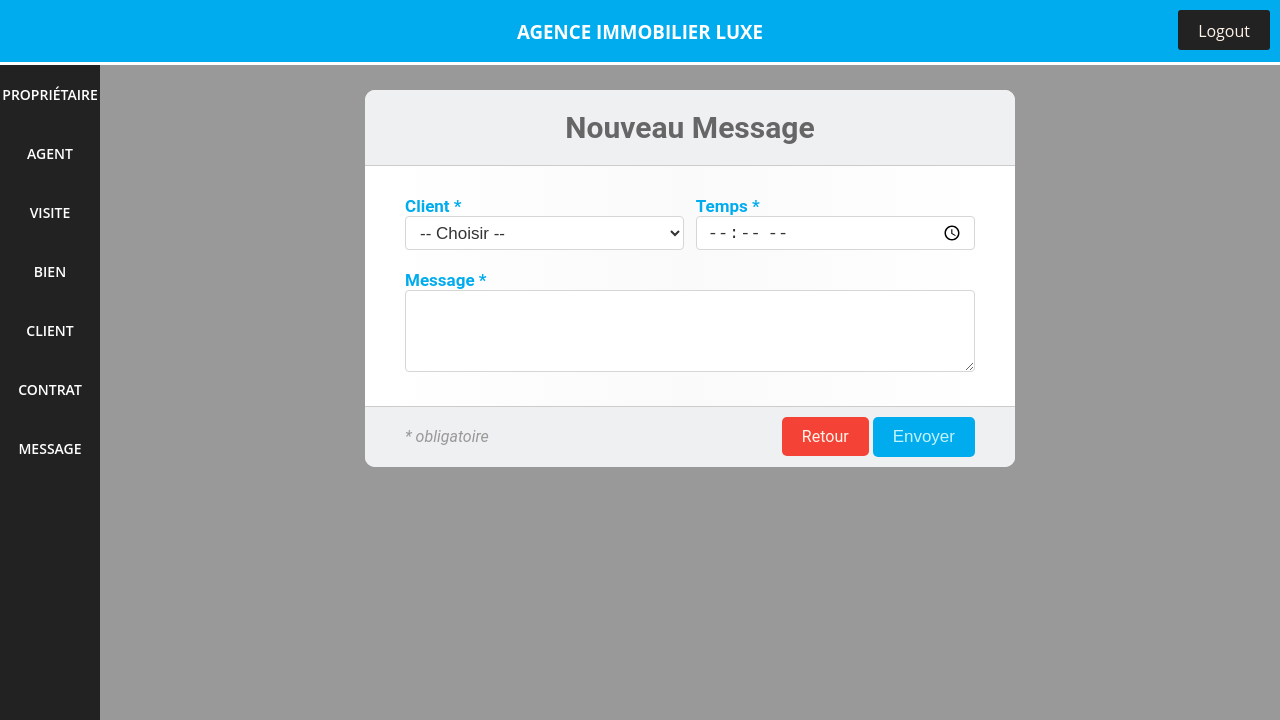
Repository: hassen-mnejja/Real_Estate_Agency_Website
Page: http://localhost/backoffice/WEB-INF/messageecrire.jsp
The author's editor kept a copy of each file at every save. The page is drawn from the files as they stood at one save, then again after the next save.
The browser window is 1280 px wide. The pictures show the whole page.
Some icons come from a web library that is not loaded, so they are not drawn. The page is served by Tomcat 9. Nobody is signed in. Other server files are loaded and not shown. The template is opened directly, without the code that normally fills it, so the values that code supplies are empty.

Above is the page before, as saved 2020-06-24 09:43:29.

### backoffice/WebContent/WEB-INF/messageecrire.jsp
<%@ page language="java" contentType="text/html; charset=UTF-8" pageEncoding="UTF-8"%>
<%@ taglib uri="http://java.sun.com/jsp/jstl/core" prefix="c"%>
<!DOCTYPE html>
<html>
<head>
<script src="../JS/1351.js"></script>
<title>Ecrire un message</title>
<link rel="stylesheet" href="../Style/MonStyle.css">
<link rel="icon" href="../Images/icon4.ico" />
<script src="../JS/jquery-3.4.1.js"></script>
<style>
.my-form {
	width: 650px;
}

a.log {
	position: fixed;
	float: left;
	background: #222;
	border-radius: 3px 3px 3px 3px;
	height: 20px;
	top: 10px;
	right: 10px;
}
</style>
</head>
<body>

	<!-- navbar -->
	<div id="nav-placeholder"></div>

	<!-- contenu -->
	<div id="contenu">
		<form class="my-form" action="ecriremessage" method="post">

			<!-- form header -->
			<div class="form-header">
				<h1>Nouveau Message</h1>
			</div>

			<!-- form body -->
			<div class="form-body">

				<!-- Nom et Prenom -->
				<div class="horizontal-group">
					<div class="form-group left">
						<label for="nom" class="label-title">Client *</label> <select id="idclient" name="idclient" class="form-input" required="required">
							<option disabled selected value="">-- Choisir --</option>
							<c:forEach var="client" items="${clients}">
								<option value="${client.idClient}">${client.idClient} : ${client.nom} ${client.prenom}</option>
							</c:forEach>
						</select>
					</div>
					<div class="form-group right">
						<label for="nom" class="label-title">Temps *</label> <input type="time" id="temps" class="form-input" name="temps" placeholder="Numero"  />
					</div>
				</div>

				<!-- Adresse -->
				<div class="form-group">
					<br> <label for="adress" class="label-title">Message *</label>
					<textarea class="form-input" name="adress" rows="4" cols="50" style="height: auto" required="required"></textarea>
				</div>
			</div>

			<!-- form-footer -->
			<div class="form-footer">
				<span>* obligatoire</span> <a href="home">Retour</a>
				<button type="submit" class="btn">Envoyer</button>
			</div>

		</form>

	</div>

	<!-- javascript -->
	<script>
		$(function() {
			$("#nav-placeholder").load("../navbar.html");
		});
	</script>
</body>
</html>

### backoffice/WebContent/Style/MonStyle.css
@charset "ISO-8859-1";
.aa:hover {
	background-color: rgba(0, 0, 0, 0);
	color: #4088a3;
}

.aa:link, .aa:visited {
	background-color: rgba(0, 0, 0, 0);
	color: #666;
	text-decoration: none;
	display: inline-block;
	border: none;
	padding: 0px 0px;
}

.nav {
	position: fixed;
	top: 60px;
	left: 0px;
	width: 100px;
	height: 100%;
	background: #222;
	z-index: 2;
}

.contenu {
	position: fixed;
	top: 60px;
	left: 100px;
	width: 100%;
	height: 100%;
	background: #999;
	z-index: 2;
}

.header {
	position: fixed;
	left: 0;
	right: 0;
	z-index: 1002;
	min-height: 60px;
	padding: 0 15px;
	background: #00acee;
	border-bottom: 3px solid white;
}

#contenu {
	position: fixed;
	top: 60px;
	left: 100px;
	width: calc(100% - 100px);
	height: 100%;
	background: #999;
	z-index: 1;
	margin-left: auto;
	margin-right: auto;
	transition: all 500ms linear;
	overflow-y: auto;
}

#contenu.active {
	left: 0px;
	width: 100%;
}

#nav {
	left: 0px;
	transition: all 500ms linear;
}

#nav.active {
	left: -100px;
}

.nav span {
	display: block;
	font-size: 14px;
	color: #fff;
	font-weight: 600;
	text-transform: uppercase;
	margin-top: 10px;
}

.fi {
	font-size: 25px;
	color: #eee;
}

.toggle {
	position: fixed;
	font-size: 25px;
	color: #222;
	top: 15px;
	left: 40px;
	cursor: pointer;
}

.nav .nav-item {
	position: relative;
	width: 100%;
	text-align: center;
}

.nav .main-item, .nav .sub-item {
	padding: 15px 0px;
	background: #222;
}

.nav .nav-item .sub-items {
	position: absolute;
	top: 0px;
	left: -300px;
	width: max-content;
	z-index: -1;
	transition: all 300ms ease-in-out;
}

.nav .sub-items .sub-item {
	float: left;
	width: 100px;
}

.nav .main-item:hover, .nav .sub-item:hover {
	background: #00acee;
	cursor: pointer;
}

.nav .nav-item:hover .sub-items {
	left: 102px;
}

#elements {
	font-family: "Trebuchet MS", Arial, Helvetica, sans-serif;
	border-collapse: collapse;
	width: 100%;
	border: 1px solid #d6d6d6;
	border-radius: 3px 3px 3px 3px;
}

#elements td, #elements th {
	border: 1px solid #ddd;
	padding: 8px;
}

#elements tr:nth-child(even) {
	background-color: white;
}

#elements tr:nth-child(odd) {
	background-color: #eff0f1;
}

#elements tr:hover {
	background-color: #ddd;
}

#elements th {
	padding-top: 12px;
	padding-bottom: 12px;
	text-align: left;
	background-color: white;
	color: gray;
}

@import url('https://fonts.googleapis.com/css?family=Roboto');

/*---------------------------------------*/
/* Register Form */
/*---------------------------------------*/
body {
	margin: 0px;
	font-family: "Open Sans", sans-serif;
}

a:link, a:visited {
	background-color: #f44336;
	color: #fff3e9;
	padding: 10px 20px;
	text-align: center;
	text-decoration: none;
	display: inline-block;
	border: none;
	border-radius: 5px;
}

a:hover, a:active {
	background-color: #fa3c39;
	color: white;
}

.my-form {
	font-family: "Roboto", sans-serif;
	background: linear-gradient(to right, #ffffff 0%, #fafafa 50%, #ffffff 99%);
	border-radius: 10px;
	margin: 30px auto;
	width: 650px;
}

/*---------------------------------------*/
/* Form Header */
/*---------------------------------------*/
.form-header {
	background-color: #EFF0F1;
	border-top-left-radius: 10px;
	border-top-right-radius: 10px;
}

.form-header h1 {
	font-size: 30px;
	text-align: center;
	color: #666;
	padding: 20px 0;
	border-bottom: 1px solid #cccccc;
}

/*---------------------------------------*/
/* Form Body */
/*---------------------------------------*/
.form-body {
	padding: 10px 40px;
	color: #666;
}

.form-group {
	margin-bottom: 20px;
}

.form-body .label-title {
	color: #00acee;
	font-size: 17px;
	font-weight: bold;
}

.form-body .form-input {
	font-size: 17px;
	box-sizing: border-box;
	width: 100%;
	height: 34px;
	padding-left: 10px;
	padding-right: 10px;
	color: #333333;
	text-align: left;
	border: 1px solid #d6d6d6;
	border-radius: 4px;
	background: white;
	outline: none;
}

.horizontal-group .left {
	float: left;
	width: 49%;
}

.horizontal-group .right {
	float: right;
	width: 49%;
}

/*---------------------------------------*/
/* Form Footer */
/*---------------------------------------*/
.my-form .form-footer {
	background-color: #EFF0F1;
	border-bottom-left-radius: 10px;
	border-bottom-right-radius: 10px;
	padding: 10px 40px;
	text-align: right;
	border-top: 1px solid #cccccc;
	clear: both;
}

.form-footer span {
	float: left;
	margin-top: 10px;
	color: #999;
	font-style: italic;
	font-weight: thin;
}

.btn {
	display: inline-block;
	padding: 10px 20px;
	background-color: #00acee;
	font-size: 17px;
	border: none;
	border-radius: 5px;
	color: #c3f4ff;
	cursor: pointer;
}

.btn:hover {
	background-color: #11addd;
	color: white;
}

a.log {
	position: fixed;
	float: left;
	background: #222;
	border-radius: 3px 3px 3px 3px;
	height: 20px;
	top: 10px;
	right: 10px;
}

.title {
	color: white;
	text-align: center;
	cursor: pointer;
}

### backoffice/WebContent/navbar.html
<script src="JS/1351.js"></script>
<header class="header black-bg">
	<i class="fas fa-bars toggle" onclick="toggle()" id="b"></i>
	<h3 class="title" onclick="window.location.href = '/backoffice/prive/home';">AGENCE IMMOBILIER LUXE</h3>
	<a class="log" href="/backoffice/logout" id="discon">Logout</a>
</header>
<div class="nav" id="nav" style="display: block">
	<div class="nav-item">
		<div class="main-item">
			<i class="fad fa-house-user fi"></i> <span>Propriétaire</span>
		</div>
		<div class="sub-items">
			<div class="sub-item" onclick="window.location.href = '/backoffice/prive/ajouterprop';">
				<i class="fad fa-user-plus fi"></i> <span>Ajouter</span>
			</div>
			<div class="sub-item" onclick="window.location.href = '/backoffice/prive/chercherprop';">
				<i class="fad fa-search fi"></i> <span>Chercher</span>
			</div>
		</div>
	</div>
	<div class="nav-item">
		<div class="main-item">
			<i class="fad fa-user-headset fi"></i> <span>Agent</span>
		</div>
		<div class="sub-items">
			<div class="sub-item" onclick="window.location.href = '/backoffice/prive/ajouteragent';">
				<i class="fad fa-user-plus fi"></i> <span>Ajouter</span>
			</div>
			<div class="sub-item" onclick="window.location.href = '/backoffice/prive/chercheragent';">
				<i class="fad fa-search fi"></i> <span>Chercher</span>
			</div>
		</div>
	</div>
	<div class="nav-item">
		<div class="main-item">
			<i class="fad fa-house-return fi"></i> <span>Visite</span>
		</div>
		<div class="sub-items">
			<div class="sub-item" onclick="window.location.href = '/backoffice/prive/ajoutervisite';">
				<i class="fad fa-calendar-plus fi"></i> <span>Programmer</span>
			</div>
			<div class="sub-item" onclick="window.location.href = '/backoffice/prive/cherchervisite';">
				<i class="fad fa-search fi"></i> <span>Chercher</span>
			</div>
		</div>
	</div>
	<div class="nav-item">
		<div class="main-item">
			<i class="fad fa-house fi"></i> <span>Bien</span>
		</div>
		<div class="sub-items">
			<div class="sub-item" onclick="window.location.href = '/backoffice/prive/ajouterbien';">
				<i class="fad fa-plus fi"></i> <span>Ajouter</span>
			</div>
			<div class="sub-item" onclick="window.location.href = '/backoffice/prive/chercherbien';">
				<i class="fad fa-search fi"></i> <span>Chercher</span>
			</div>
		</div>
	</div>
	<div class="nav-item">
		<div class="main-item">
			<i class="fad fa-user fi"></i> <span>client</span>
		</div>
		<div class="sub-items">
			<div class="sub-item" onclick="window.location.href = '/backoffice/prive/ajouterclient';">
				<i class="fad fa-user-plus fi"></i> <span>Ajouter</span>
			</div>
			<div class="sub-item" onclick="window.location.href = '/backoffice/prive/chercherclient';">
				<i class="fad fa-search fi"></i> <span>Chercher</span>
			</div>
		</div>
	</div>
	<div class="nav-item">
		<div class="main-item">
			<i class="fad fa-file fi"></i> <span>contrat</span>
		</div>
		<div class="sub-items">
			<div class="sub-item" onclick="window.location.href = '/backoffice/prive/ajoutercontrat';">
				<i class="fad fa-file-plus fi"></i> <span>Ajouter</span>
			</div>
			<div class="sub-item" onclick="window.location.href = '/backoffice/prive/cherchercontrat';">
				<i class="fad fa-file-search fi"></i> <span>Chercher</span>
			</div>
		</div>
	</div>
	<div class="nav-item">
		<div class="main-item">
			<i class="fad fa-comments-alt fi"></i> <span>Message</span>
		</div>
		<div class="sub-items">
			<div class="sub-item" onclick="window.location.href = '/backoffice/prive/ecriremessage';">
				<i class="fad fa-comment-alt-plus fi"></i> <span>Ajouter</span>
			</div>
			<div class="sub-item">
				<i class="fad fa-inbox fi"></i> <span>Chercher</span>
			</div>
		</div>
	</div>
</div>
<script>
	function toggle() {
		document.getElementById("nav").classList.toggle('active');
		document.getElementById("contenu").classList.toggle('active');
	}
</script>

Loaded but not shown: backoffice/WebContent/JS/1351.js (library); backoffice/WebContent/JS/jquery-3.4.1.js (library)

After the next save:
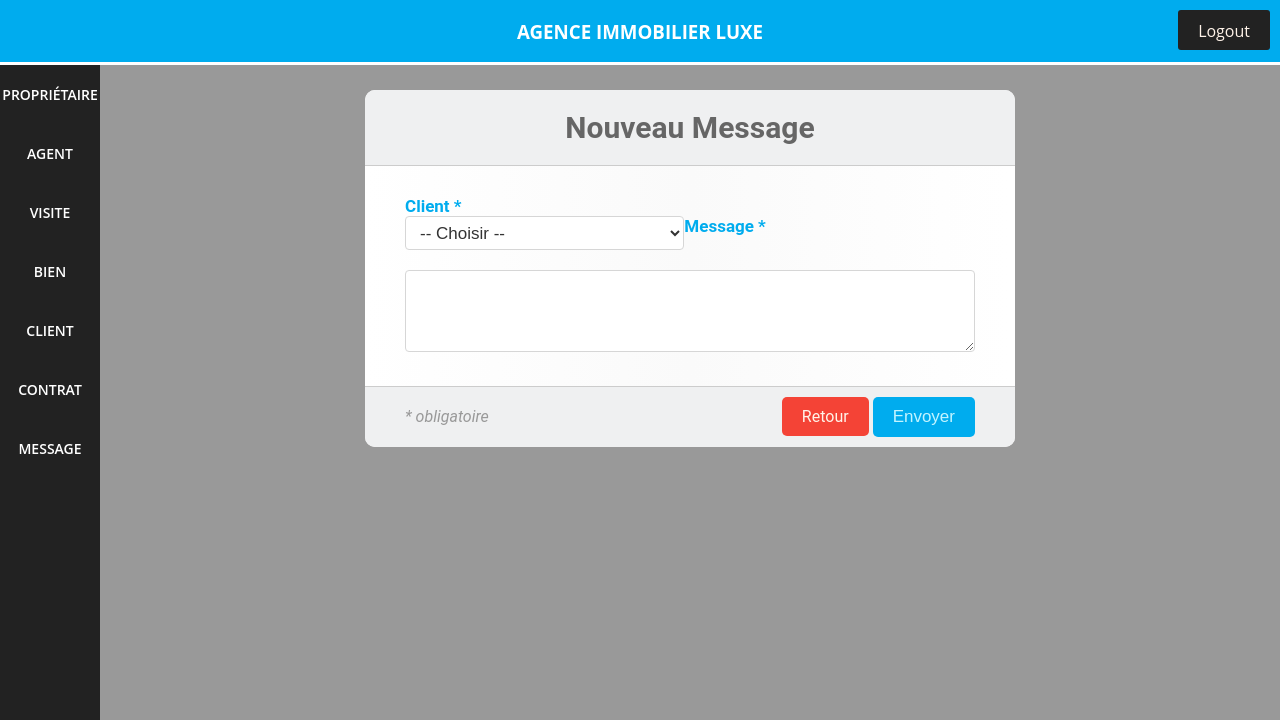
Saved 42 s later.
--- a/backoffice/WebContent/WEB-INF/messageecrire.jsp
+++ b/backoffice/WebContent/WEB-INF/messageecrire.jsp
@@ -51,8 +51,8 @@
 							</c:forEach>
 						</select>
 					</div>
-					<div class="form-group right">
-						<label for="nom" class="label-title">Temps *</label> <input type="time" id="temps" class="form-input" name="temps" placeholder="Numero"  />
+					<div class="form-group right" >
+						<label for="nom" class="label-title" style="display:none">Temps *</label> <input type="time" id="temps" class="form-input" name="temps" placeholder="Numero" style="display:none" />
 					</div>
 				</div>
 

After the 2 saves that followed:
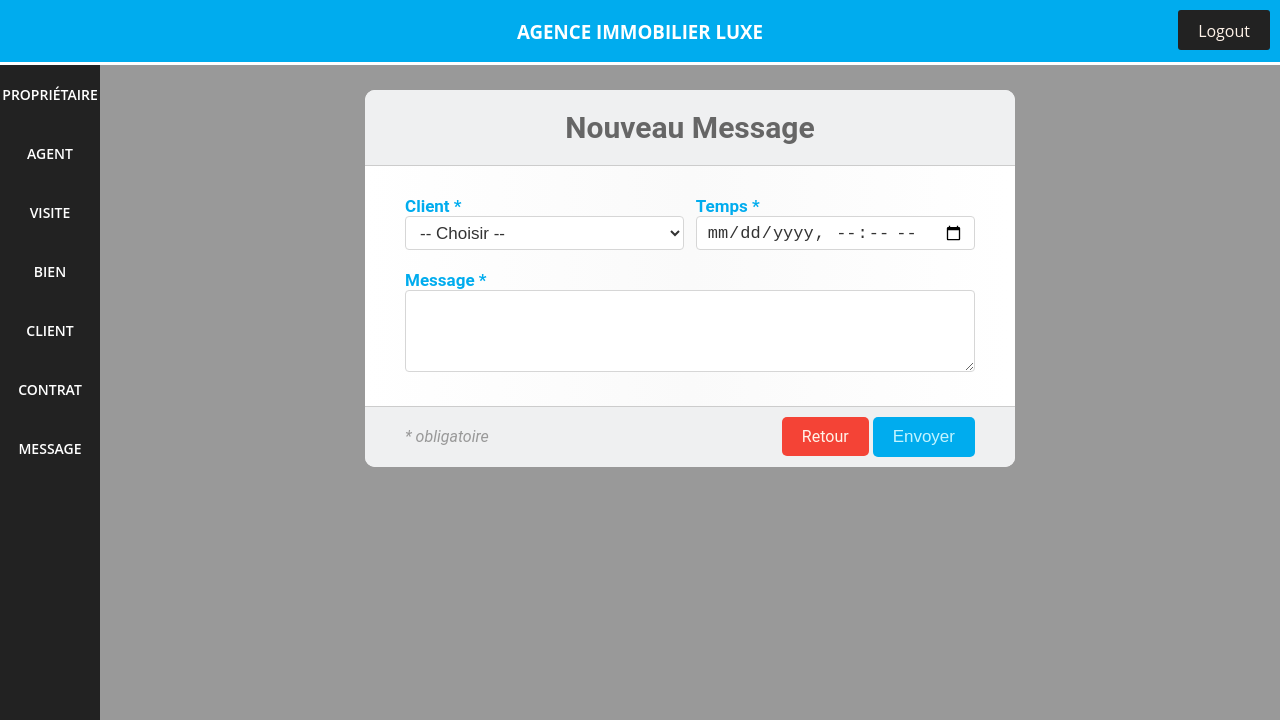
The 2 saves are shown as one change because 1 left the picture as it was.
The last was saved 70 s later.
--- a/backoffice/WebContent/WEB-INF/messageecrire.jsp
+++ b/backoffice/WebContent/WEB-INF/messageecrire.jsp
@@ -52,7 +52,7 @@
 						</select>
 					</div>
 					<div class="form-group right" >
-						<label for="nom" class="label-title" style="display:none">Temps *</label> <input type="time" id="temps" class="form-input" name="temps" placeholder="Numero" style="display:none" />
+						<label for="nom" class="label-title" >Temps *</label> <input type="datetime-local" id="temps" class="form-input" name="temps" placeholder="Numero"  />
 					</div>
 				</div>
 
